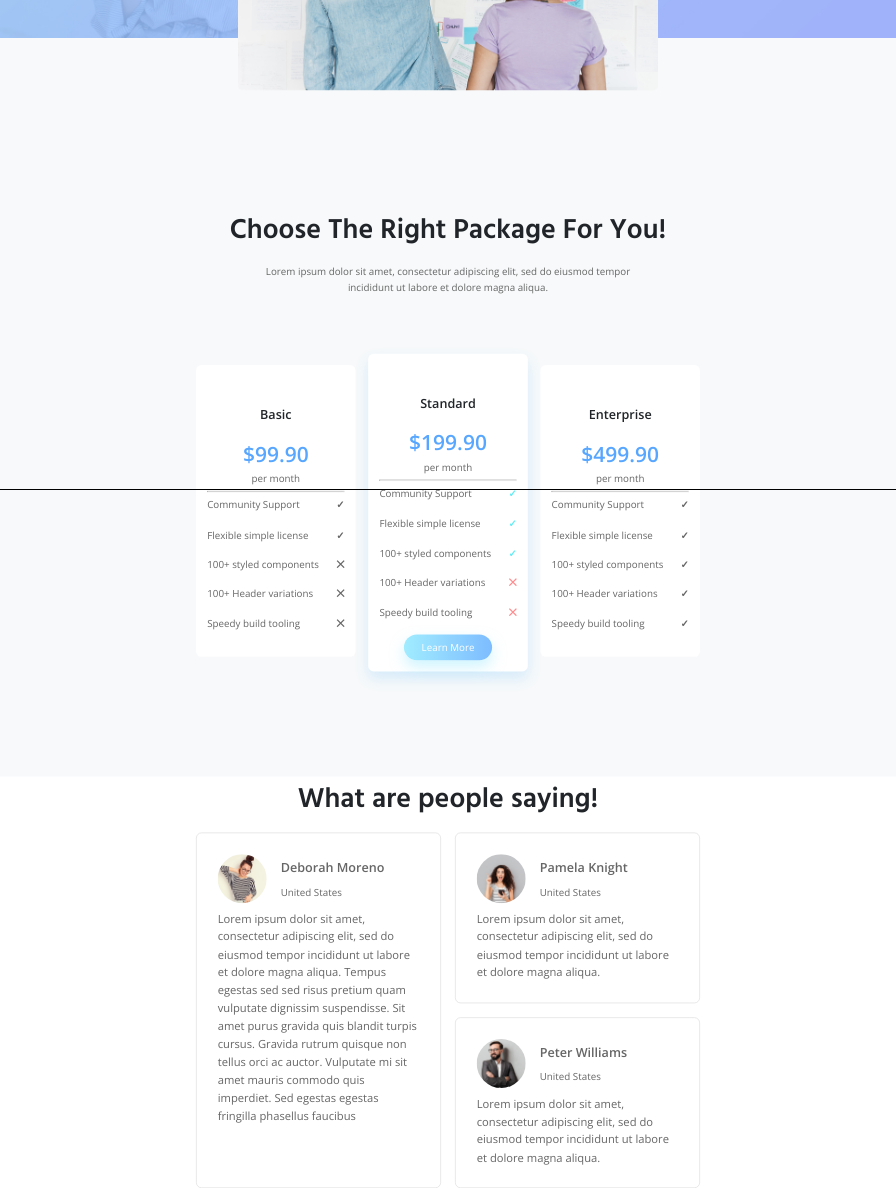
Repository: Sc-Juju/CodeRad
Page: index.html
The author's editor kept a copy of each file at every save. The page is drawn from the files as they stood at one save, then again after the next save.
The browser window is 1280 px wide. The pictures show the part of the page from y = 2206 to 4126 px (the page is 3903 px tall before and 4126 px after), at 70% of full size.

Above is the page before, as saved 2022-11-11 21:52:02.

After the next save:
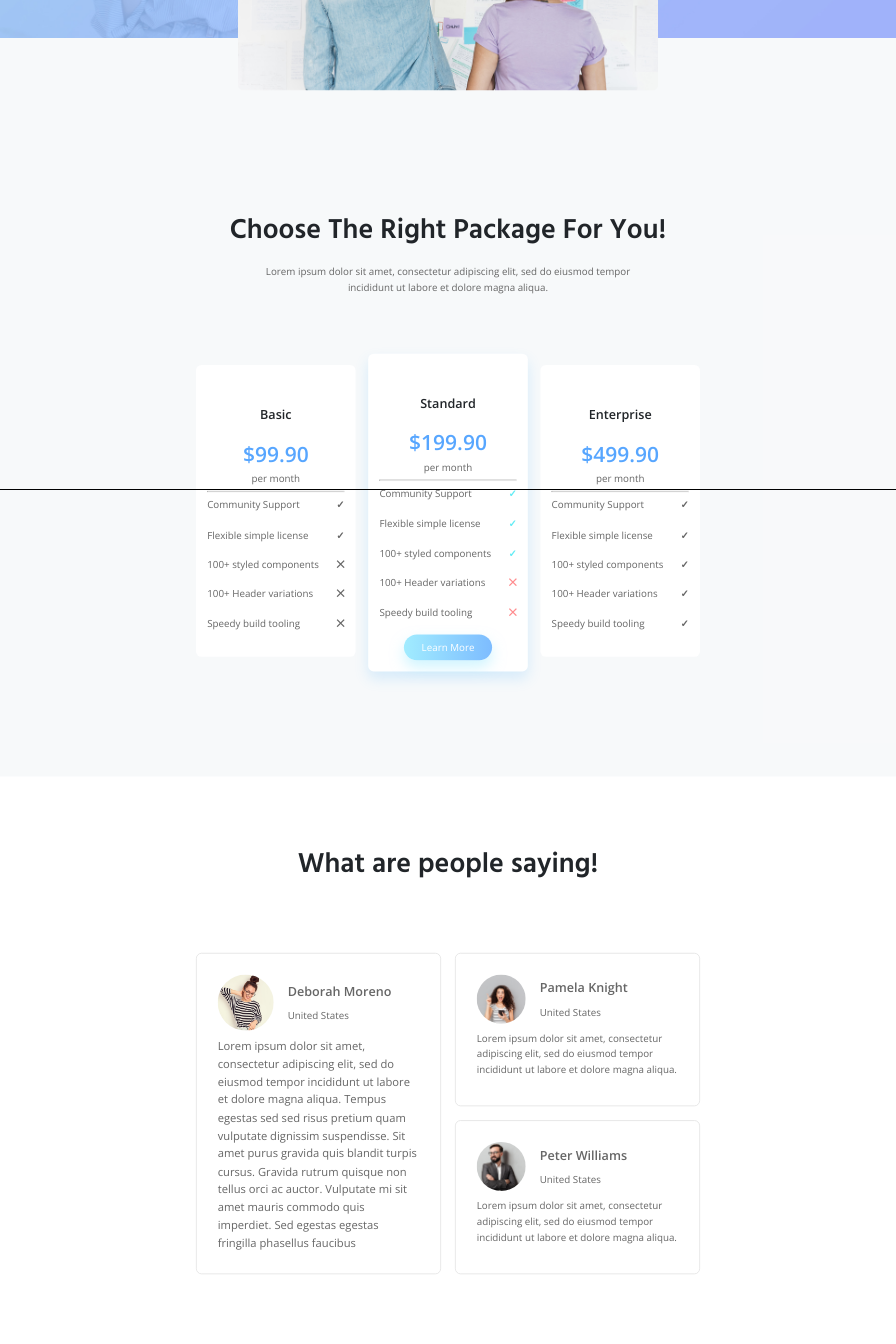
Saved 7 min 20 s later.
--- a/css/styles.css
+++ b/css/styles.css
@@ -195,6 +195,8 @@ span.bg-color-6 {background-image: linear-gradient(90deg, #a1ecff 0%, #7dbcff 10
 }
 .plan-btn-wrapper{text-align: center;}
 
+.testimonials{ margin: var(--size-100) 0;}
+
 .testimonial-grid{
     display: grid;
     grid-template-columns: repeat(auto-fit, minmax(300px, 1fr));
@@ -206,6 +208,7 @@ span.bg-color-6 {background-image: linear-gradient(90deg, #a1ecff 0%, #7dbcff 10
 .testimonials .block-text{
     padding-right: 0;
     text-align: center;
+    margin: var(--size-100) 0;
 }
 
 .testimonial-card{
@@ -219,6 +222,8 @@ span.bg-color-6 {background-image: linear-gradient(90deg, #a1ecff 0%, #7dbcff 10
     grid-column: 1 / 2;
 }
 
+.testimonial-card.md .bottom p{ font-size: var(--size-14);}
+
 .testimonial-card .top{
     display:flex;
     align-items: center;
@@ -226,10 +231,12 @@ span.bg-color-6 {background-image: linear-gradient(90deg, #a1ecff 0%, #7dbcff 10
 }
 
 .testimonial-card img.profile{
-    width: 70px;
+    width: 4.375rem;
     border-radius: 50%;
     margin-right: var(--size-20);
 }
+
+.testimonial-card.lg img.profile{ width: 5rem;}
 
 .top h4{
     margin-top: 0;
